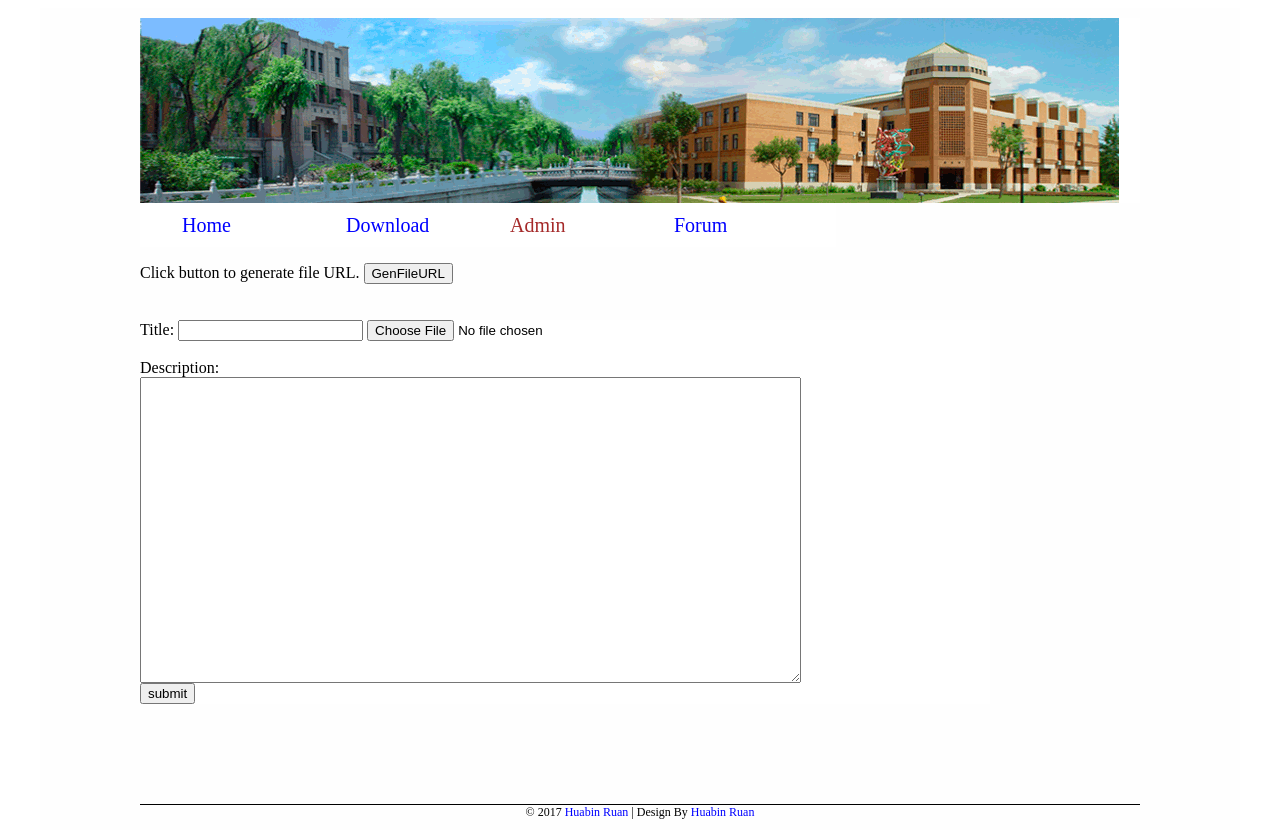
Repository: ruanhuabin/LifeSoftwareWebSite
Page: http://localhost/CryoEM/admin.jsp
An editor plug-in stored every save of this project. The page is shown before and after the next save, followed by the edit.
The browser window is 1280 px wide. The pictures show the whole page.
The page is served by Tomcat 9. Nobody is signed in. The application's start-up code is not run.

Above is the page before, as saved 2017-08-15 05:56:45.

After the next save:
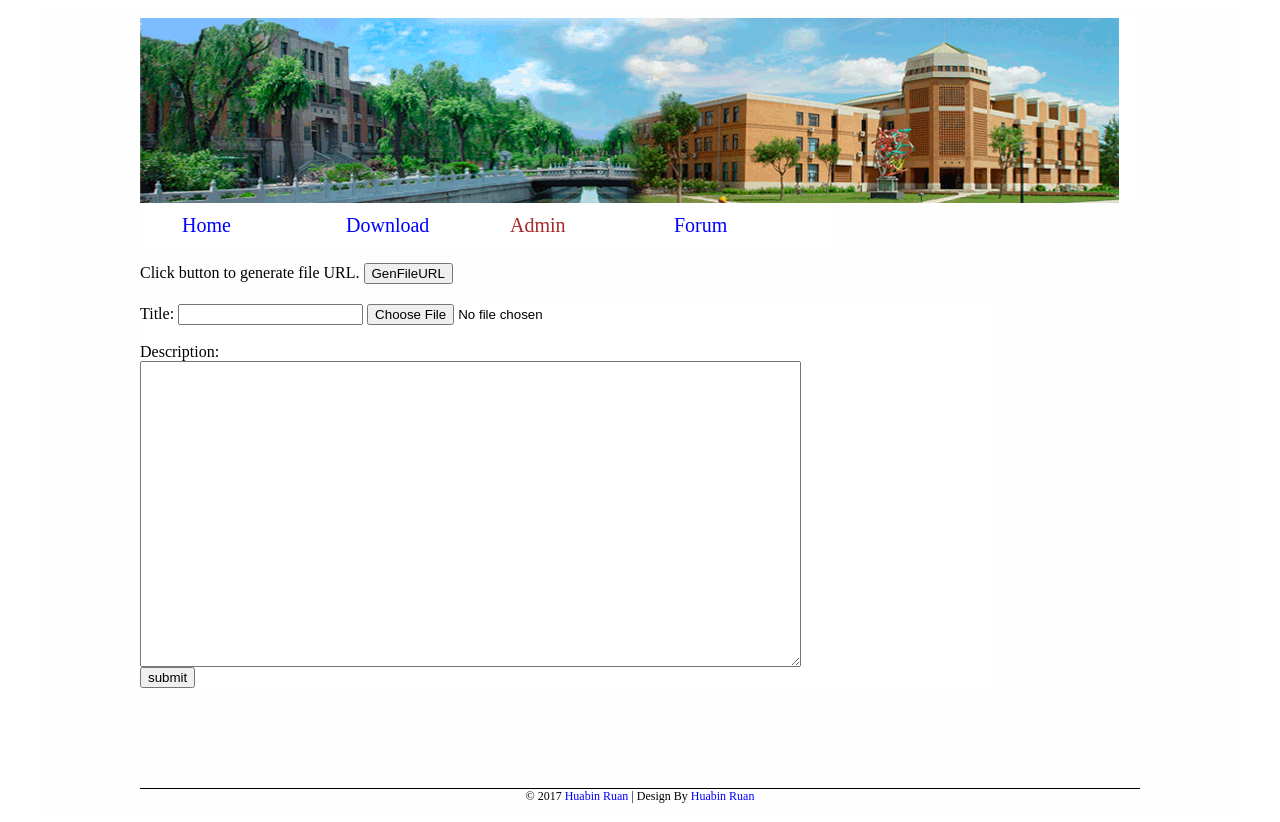
Saved 16 s later.
--- a/CryoEM/WebRoot/admin.jsp
+++ b/CryoEM/WebRoot/admin.jsp
@@ -93,7 +93,7 @@ String basePath = request.getScheme()+"://"+request.getServerName()+":"+request.
 <div style="clear:both"></div>
 <p>Click button to generate file URL. <button onclick="myFunction()">GenFileURL</button></p>
 
-<div style="clear:both"></div>
+
 
 <div class="form-div">
 	<form action="post/Admin_postSoftware.action"	enctype="multipart/form-data" method="post" style="" title="" id="" class="">
